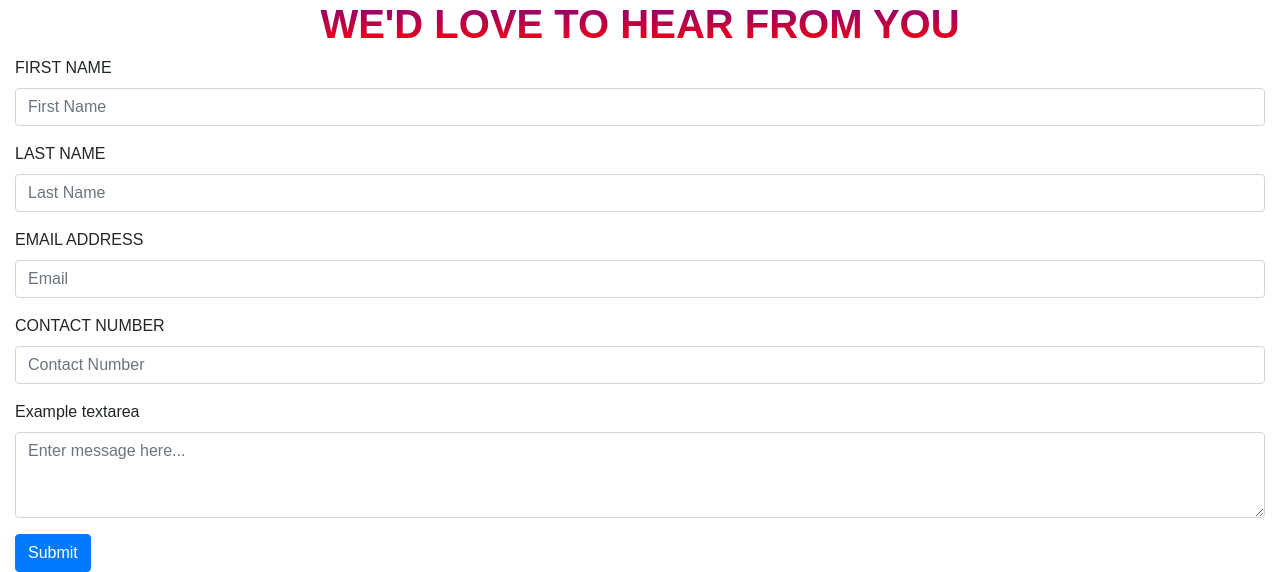
Repository: KJY93/User_Centric_Frontend_Development_Project
Page: contact.html
The author's editor kept a record of every edit. The page is drawn from the files as they stood at one moment, then again after the next edit.
The browser window is 1280 px wide. The pictures show the part of the page from y = 263 to 835 px (the page is 835 px tall before and 819 px after).
Some web fonts or font styles are not loaded; a fallback is used. Some web libraries are served in a nearby version.

Above is the page before.

### contact.html
<!DOCTYPE html>
<html lang="en-US">
	<head>
	    <meta charset="UTF-8">
	    <meta name="viewport" content="width=device-width, initial-scale=1.0">
	    <meta http-equiv="X-UA-Compatible" content="ie=edge">
	    <title>Shape Shifters | Our Clubs</title>

		<!-- Google Fonts -->
	    <link href="https://fonts.googleapis.com/css?family=Cute+Font&display=swap" rel="stylesheet">

	    <!-- Logo -->
	    <link rel="icon" href="static/fitness-logo.ico">

	    <!-- Bootstrap CSS -->
	    <link rel="stylesheet" href="https://stackpath.bootstrapcdn.com/bootstrap/4.3.1/css/bootstrap.min.css" integrity="sha384-ggOyR0iXCbMQv3Xipma34MD+dH/1fQ784/j6cY/iJTQUOhcWr7x9JvoRxT2MZw1T" crossorigin="anonymous">

	    <!-- External CSS StyleSheet -->
		<link rel="stylesheet" type="text/css" href="static/styles.css">

		<!-- Bootstrap JS -->
	    <script src="https://code.jquery.com/jquery-3.3.1.slim.min.js" integrity="sha384-q8i/X+965DzO0rT7abK41JStQIAqVgRVzpbzo5smXKp4YfRvH+8abtTE1Pi6jizo" crossorigin="anonymous"></script>
	    <script src="https://cdnjs.cloudflare.com/ajax/libs/popper.js/1.14.7/umd/popper.min.js" integrity="sha384-UO2eT0CpHqdSJQ6hJty5KVphtPhzWj9WO1clHTMGa3JDZwrnQq4sF86dIHNDz0W1" crossorigin="anonymous"></script>
	    <script src="https://stackpath.bootstrapcdn.com/bootstrap/4.3.1/js/bootstrap.min.js" integrity="sha384-JjSmVgyd0p3pXB1rRibZUAYoIIy6OrQ6VrjIEaFf/nJGzIxFDsf4x0xIM+B07jRM" crossorigin="anonymous"></script>

	    <!-- Font Awesome -->
	    <script src="https://kit.fontawesome.com/3df94da5fe.js"></script>
	</head>
	<body>
	    <main>
	        <!-- Navbar -->
			<nav class="navbar navbar-expand-md navbar-dark bg-danger">
			  	<a class="navbar-brand" href="#"><i class="fas fa-home"></i></a>
			  	<button class="navbar-toggler" type="button" data-toggle="collapse" data-target="#navbarNav">
			    <span class="navbar-toggler-icon"></span>
			  	</button>
			  	<div class="collapse navbar-collapse" id="navbarNav">
			    	<ul class="navbar-nav ml-auto">
			      		<li class="nav-item">
			        		<a class="nav-link" href="#">Clubs</a>
			      		</li>
			      		<li class="nav-item">
			        		<a class="nav-link" href="#">Timetables</a>
			      		</li>
			    	</ul>

			    	<ul class="navbar-nav ml-auto">
			      		<li class="nav-item">
			        		<a class="nav-link" href="#">Contact Us</a>
			      		</li>
			    	</ul>
			  	</div>
			</nav>

			<!-- Timetables background -->
			<div id="contact-us-background"></div>

			<!-- Contact Us Header-->
			<div>
				<h1 class="club-header contact-us"><strong>WE'D LOVE TO HEAR FROM YOU</strong></h1>
			</div>

			<div class="container-fluid">

                <form method="post" action="">
                    <div class="form-group">
                        <label class="form-attribute" for="firstname">FIRST NAME</label>
                        <input type="text" class="form-control" id="firstname" placeholder="First Name">
                    </div>

                    <div class="form-group">
                        <div class="form-attribute"><label for="lastname">LAST NAME</label></div>
                        <input type="text" class="form-control" id="lastname" placeholder="Last Name">
                    </div>

                    <div class="form-group">
                        <label for="email-address">EMAIL ADDRESS</label>
                        <input type="email" class="form-control" id="email-address" placeholder="Email">
                    </div>

                    <div class="form-group">
                        <label for="contact-number">CONTACT NUMBER</label>
                        <input type="text" class="form-control" id="contact-number" placeholder="Contact Number">
                    </div>

                    <div class="form-group">
                        <label for="message-field">Example textarea</label>
                        <textarea class="form-control" id="message-field" rows="3" placeholder="Enter message here..."></textarea>
                    </div>

                    <div class="generic-submit-btn-container"><button type="submit" class="btn btn-primary">Submit</button></div>
                </form>

			</div>

	   </main>
	</body>
</html>

### static/styles.css
body, html {
	height: 100%;
}

body {
	font-family: 'Cute Font', cursive, sans-serif;
}

#subscription {
  background: transparent;
  border: none;
  border-bottom: 1px solid #a9a9a9;
  box-shadow: none;
  border-radius: 0;
}

.iframe-video-size {
	width: 300px;
	height: 320px;
}

.social-media-logo {
	margin-right: 5px;
}

.separator {
	margin-bottom: 10px;
	height: 2px;
	width: 30px;
	background: rgb(255, 0, 0);
	z-index: 1;
}

.row {
	margin-left: 0;
	margin-right: 0;
}

#advert > h1 {
	color: #ffffff;
}

#signup-link {
	color: #ffffff;
}

input[type="email"] {
 	font-size: 1em;
}

.col-sm-12, .col-md-6, .nav-link, #signup-link {
	font-size: 1.3em;
}

.link-deco:link {
	text-decoration: none;
}

.link-deco:hover {
	font-size:120%;
}

.link-font-color, button > .link-deco:hover {
	color: #ffffff;
}

.box2, .box3 {
	background: rgba(255,117,117,0.1);
}

.button-container, p, .challenge-container, #signup-container, .box3, .box2 {
	text-align: center;
}

#divider {
	width: 100%;
	border: 1px solid black;
}

footer {
	padding-top: 35px;
	padding-bottom: 35px;
	background: rgba(0, 0, 0);
	color: #ffffff;
}

.box1 {
	background:url('../static/background-mobile.jpg');
	background-repeat: no-repeat;
	background-size: 100% 100%;
	height: 400px;
	display: flex;
	align-items: center;
	justify-content: center;
}

/*https://codepen.io/adamjohnson/pen/aokGt*/
/* Skew button design adapted from the above codepen project*/
.submit-btn {
	color: #fff;
	background: #ff0000;
	font-weight: 700;
	text-align: center;
	text-decoration: none;
	border: 0;
	outline: 0;
	font-size: 1.2rem;
	padding: 12px 35px;
	display: inline-block;
	transform: skew(-21deg);
	border-radius: 0;
}

.input-field-container {
	display: flex;
	flex-direction: row;
}

.submit-btn:hover {
	background: #0069a8;
}

span {
	display: inline-block; /* change to inline-block so that the text can be un-skewed*/
}

.submit-btn > span {
	-webkit-transform: skew(21deg);  /* Un-skew the text */
}

.btn-group {
	padding-left: 15px;
}

.flag-logo {
	padding-right: 10px;
}

#club-header-background {
	background:url('../static/bodycombat.jpg');
	background-repeat: no-repeat;
	background-size: 100% 100%;
	height: 200px;
}

.club-header {
	text-align: center;
	background: linear-gradient(to top, #ff0000 , #800080);
	-webkit-background-clip: text;
	-webkit-text-fill-color: transparent;
	font-size: 2.5em;
}

.location {
	display: flex;
	flex-direction: column;
	justify-content: center;
	align-items: center;
	color: #ffffff;
	margin-bottom: 20px;
}

.location:link {
	text-decoration: none;
}

.location:hover {
	opacity: 0.8;
}

.location:hover .location-name, .location:hover .club-info {
	background: linear-gradient(to top, #ff0000 , #ff9800);
	-webkit-background-clip: text;
	-webkit-text-fill-color: transparent;
}

.location-name {
	font-size: 2.3em;
}

.club-info {
	font-size: 1.2em;
	border: 1px solid #ffffff;
	padding-left: 20px;
	padding-right: 20px;
	border-radius: 20px;
}

#location-image-1 {
	background:url('../static/paragon.jpg');
    background-size: 100% 100%;
    background-repeat: no-repeat;
    background-position: center;
	border-radius: 10px;
	height: 250px;
}

#location-image-2 {
	background:url('../static/clarke-quay.jpg');
    background-size: 100% 100%;
    background-repeat: no-repeat;
    background-position: center;
	border-radius: 10px;
	height: 250px;
}

#location-image-3 {
	background:url('../static/tanjongpagar.jpg');
    background-size: 100% 100%;
    background-repeat: no-repeat;
    background-position: center;
	border-radius: 10px;
	height: 250px;
}

#location-image-4 {
	background:url('../static/vivocity.jpg');
    background-size: 100% 100%;
    background-repeat: no-repeat;
    background-position: center;
	border-radius: 10px;
	height: 250px;
}

#location-image-5 {
	background:url('../static/rafflesplace.jpg');
    background-size: 100% 100%;
    background-repeat: no-repeat;
    background-position: center;
	border-radius: 10px;
	height: 250px;
}

#location-image-6 {
	background:url('../static/rafflesmall.jpg');
    background-size: 100% 100%;
    background-repeat: no-repeat;
    background-position: center;
	border-radius: 10px;
	height: 250px;
}

#timetables-header-background {
	background:url('../static/groupyoga.jpg');
	background-repeat: no-repeat;
	background-size: 100% 100%;
	height: 250px;
}

/* override text alignment and font-size*/
.table {
	text-align: center;
	font-size: 1.3rem;
}

#contact-us-background {
	background:url('../static/reachout.jpg');
	background-repeat: no-repeat;
	background-size: 100% 100%;
	height: 200px;
}

/* for extra small device */
@media (max-width: 400px) {
	.iframe-video-size {
	width: 260px;
	height: 320px;
	}

	#club-header-background {
		height: 160px;
	}

	.club-header {
		font-size: 2.0em;
	}

	.location-name {
		font-size: 2.0em;
	}

	.club-info {
		font-size: 1.0em;
	}

	.contact-us {
		font-size: 1.5em;
	}
}

/* for medium screen device */
@media (min-width: 768px) and (max-width: 991.98px) {
	.box1 {
		background:url('../static/background.jpg');
		background-repeat: no-repeat;
		height: 550px;
		background-size: 100% 100%;
	}

	.box2 {
		text-align: center;
	}

	.btn-group {
		padding-left: 0;
	}

	.iframe-video-size {
		width: 340px;
		height: 320px;
	}

	#timetables-header-background {
		height: 450px;
	}

	.table {
		font-size: 1.8rem;
	}
}

/* for large screen device */
@media (min-width: 992px) {
	.box1 {
		height: 600px;
	}

	.btn-group {
		padding-left: 0;
	}

	.submit-btn {
		padding: 3px 35px;
	}

	.iframe-video-size {
		width: 470px;
		height: 320px;
	}

	#club-header-background {
		height: 376px;
	}

	#timetables-header-background {
		height: 600px;
	}
}

After the next edit:
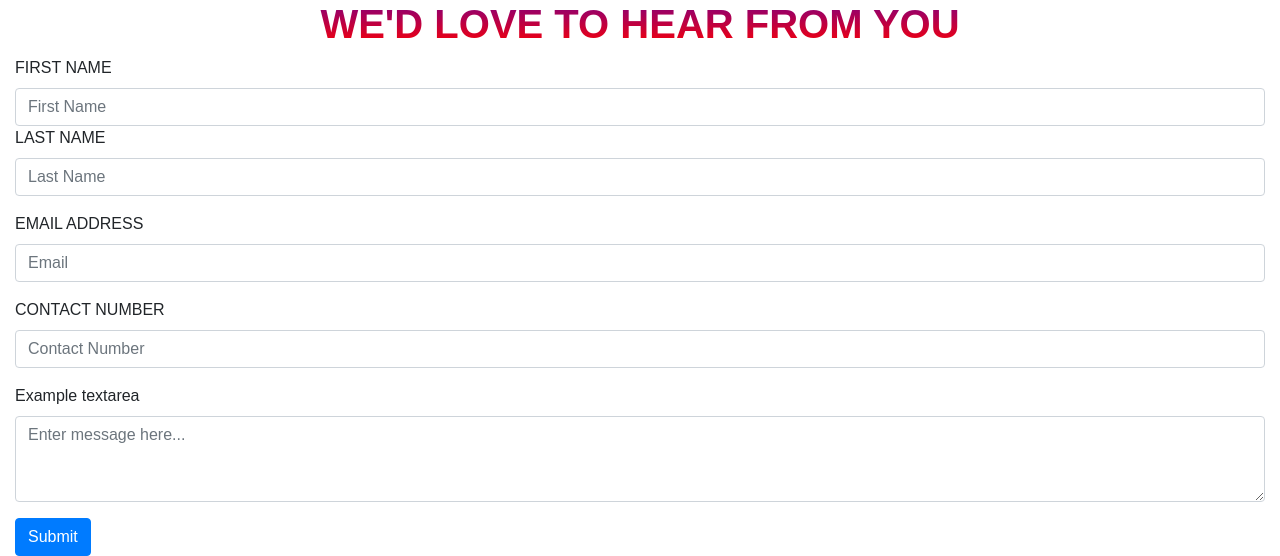
The edit:
--- a/contact.html
+++ b/contact.html
@@ -64,7 +64,7 @@
 
                 <form method="post" action="">
                     <div class="form-group">
-                        <label class="form-attribute" for="firstname">FIRST NAME</label>
+                        <div class="form-attribute"><label class="form-attribute" for="firstname">FIRST NAME</label>
                         <input type="text" class="form-control" id="firstname" placeholder="First Name">
                     </div>
 
